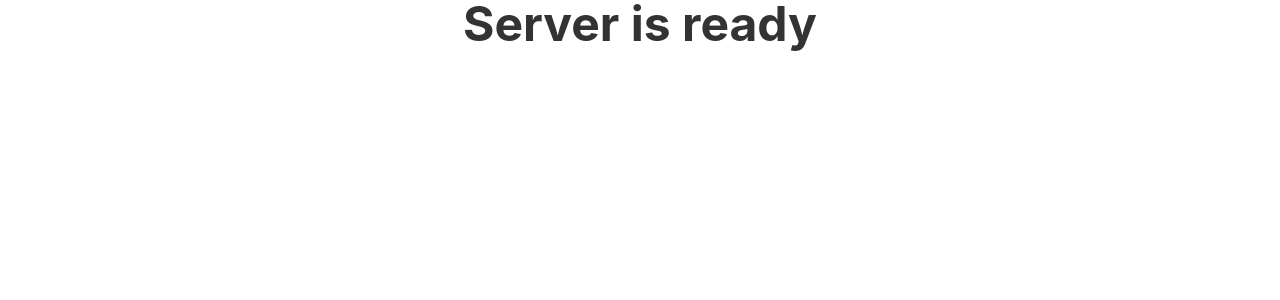
Repository: Devloper-solaiman/University-Of-Dhaka
Page: /
An editor plug-in stored every save of this project. The page is shown before and after the next save, followed by the edit.
The browser window is 1280 px wide. The pictures show the whole page.
The project was rebuilt for these pictures with package versions that can differ from the ones it lists, and the page was loaded fresh each time.

Above is the page before, as saved 2023-02-14 09:41:01.

After the next save:
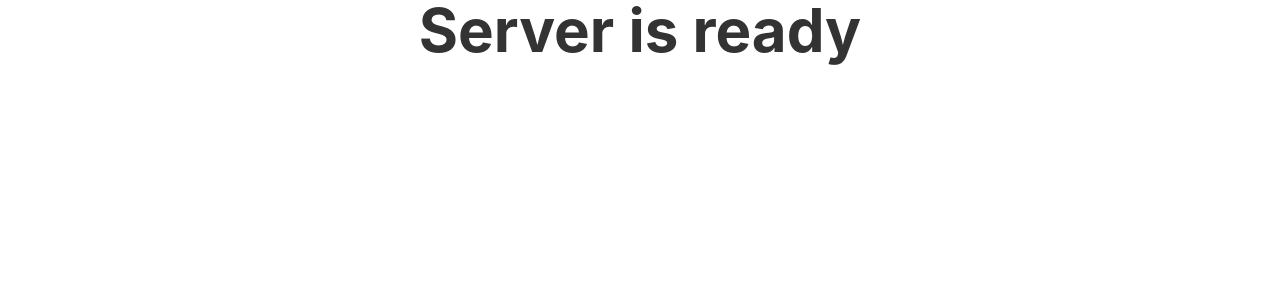
Saved 5 s later.
--- a/src/App.js
+++ b/src/App.js
@@ -4,7 +4,7 @@ import './App.css';
 function App() {
   return (
     <div className="App">
-      <h1 className='text-5xl font-bold'>Server is ready</h1>
+      <h1 className='text-6xl font-bold'>Server is ready</h1>
     </div>
   );
 }
